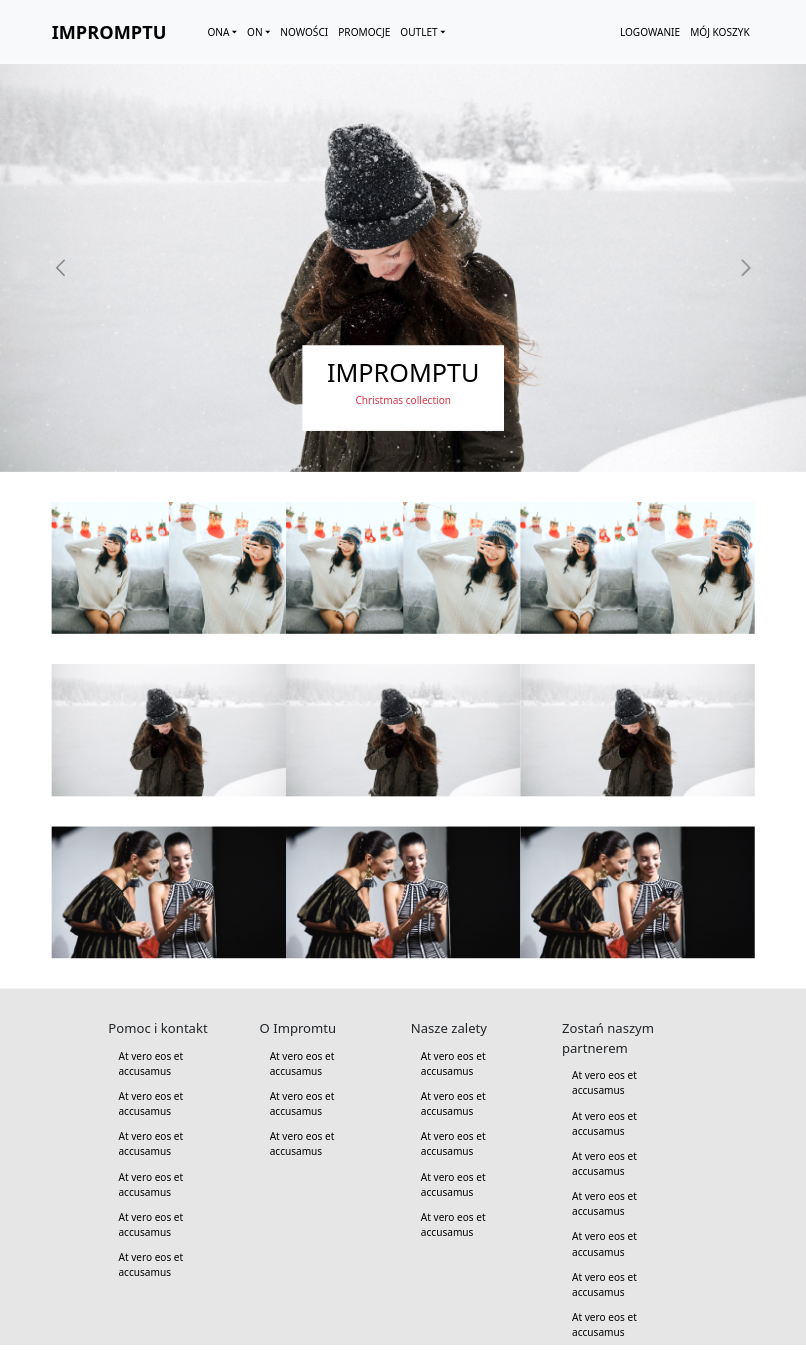
Repository: michalgornicki/Impromptu
Page: /
These files come from the project's save history. The page is drawn as it stood at one moment and after a run of saves; the edit follows.
The browser window is 1280 px wide. The pictures show the whole page, at 63% of full size.
The project was rebuilt for these pictures with package versions that can differ from the ones it lists, and the page was loaded fresh each time.

Above is the page before, as saved 2021-12-23 14:41:02.

### src/App.jsx
import React from "react";
import "./App.css";
import "bootstrap/dist/css/bootstrap.min.css";
import Container from "react-bootstrap/Container";
import Navbar from "react-bootstrap/Navbar";
import Nav from "react-bootstrap/Nav";
import NavDropdown from "react-bootstrap/NavDropdown";
import Carousel from "react-bootstrap/Carousel";
import Row from "react-bootstrap/Row";
import Col from "react-bootstrap/Col";
import photo1 from "./1.jpg";
import photo2 from "./2.jpg";
import photo3 from "./3.jpg";
import photo4 from "./4.jpg";
import photo5 from "./5.jpg";

function App() {
  return (
    <p>
      <Navbar
        collapseOnSelect
        expand="lg"
        bg="light"
        variant="light"
        className="py-4 display-8 text-dark"
      >
        <Container>
          <Navbar.Brand href="#home" className="w-20 text-bold">IMPROMPTU</Navbar.Brand>
          <Navbar.Toggle aria-controls="responsive-navbar-nav" />
          <Navbar.Collapse id="responsive-navbar-nav">
            <Nav className="me-auto">
              <NavDropdown title="ONA" id="collasible-nav-dropdown">
                <NavDropdown.Item href="#action/3.1">Item</NavDropdown.Item>
                <NavDropdown.Item href="#action/3.2">
                Item
                </NavDropdown.Item>
                <NavDropdown.Item href="#action/3.3">
                Item
                </NavDropdown.Item>
                <NavDropdown.Item href="#action/3.4">
                Item
                </NavDropdown.Item>
                <NavDropdown.Item href="#action/3.4">
                Item
                </NavDropdown.Item>
                <NavDropdown.Item href="#action/3.4">
                Item
                </NavDropdown.Item>
                <NavDropdown.Item href="#action/3.4">
                Item
                </NavDropdown.Item>
                <NavDropdown.Item href="#action/3.4">
                Item
                </NavDropdown.Item>
                <NavDropdown.Item href="#action/3.4">
                Item
                </NavDropdown.Item>
                <NavDropdown.Item href="#action/3.4">
                Item
                </NavDropdown.Item>

              </NavDropdown>
              <NavDropdown title="ON" id="collasible-nav-dropdown">
                <NavDropdown.Item href="#action/3.1">Item</NavDropdown.Item>
                <NavDropdown.Item href="#action/3.2">
                Item
                </NavDropdown.Item>
                <NavDropdown.Item href="#action/3.3">
                Item
                </NavDropdown.Item>
                <NavDropdown.Item href="#action/3.4">
                Item
                </NavDropdown.Item>
                <NavDropdown.Item href="#action/3.4">
                Item
                </NavDropdown.Item>
                <NavDropdown.Item href="#action/3.4">
                Item
                </NavDropdown.Item>
                <NavDropdown.Item href="#action/3.4">
                Item
                </NavDropdown.Item>
              </NavDropdown>
              <Nav.Link href="#pricing">NOWOŚCI</Nav.Link>
              <Nav.Link href="#pricing">PROMOCJE</Nav.Link>
              <NavDropdown title="OUTLET" id="collasible-nav-dropdown">
                <div className="flex flex-column">
                  <div className="container">
                <NavDropdown.Item href="#action/3.1">Item</NavDropdown.Item>
                <NavDropdown.Item href="#action/3.2">
                Item
                </NavDropdown.Item>
                <NavDropdown.Item href="#action/3.3">
                Item
                </NavDropdown.Item>
                <NavDropdown.Item href="#action/3.4">
                Item
                </NavDropdown.Item>
                <NavDropdown.Item href="#action/3.4">
                Item
                </NavDropdown.Item>
                <NavDropdown.Item href="#action/3.4">
                Item
                </NavDropdown.Item>
                <NavDropdown.Item href="#action/3.4">
                Item
                </NavDropdown.Item>
                <NavDropdown.Item href="#action/3.4">
                Item
                </NavDropdown.Item>
                </div>
                <div className="container">
                <NavDropdown.Item href="#action/3.1">Item</NavDropdown.Item>
                <NavDropdown.Item href="#action/3.2">
                Item
                </NavDropdown.Item>
                <NavDropdown.Item href="#action/3.3">
                Item
                </NavDropdown.Item>
                <NavDropdown.Divider />
                <NavDropdown.Item href="#action/3.4">
                Item
                </NavDropdown.Item>
                </div>
                </div>
              </NavDropdown>
            </Nav>
            <Nav>
              <Nav.Link href="#deets">LOGOWANIE</Nav.Link>
              <Nav.Link href="#memes">MÓJ KOSZYK</Nav.Link>
            </Nav>
          </Navbar.Collapse>
        </Container>
      </Navbar>

      <Carousel variant="dark" indicators={false} pause="false">
  <Carousel.Item>
    <img
      className="d-block w-100"
      src={photo1}
      alt="First slide"
    />
    <Carousel.Caption>
      <h5 className="display-6">IMPROMPTU</h5>
      <p className="text-danger">Christmas collection</p>
    </Carousel.Caption>
  </Carousel.Item>
  <Carousel.Item>
    <img
      className="d-block w-100"
      src={photo2}
      alt="Second slide"
    />
    <Carousel.Caption>
    <h5 className="display-6">IMPROMPTU</h5>
      <p className="text-danger">Christmas collection</p>
    </Carousel.Caption>
  </Carousel.Item>
  <Carousel.Item>
    <img
      className="d-block w-100"
      src={photo3}
      alt="Third slide"
    />
    <Carousel.Caption>
    <h5 className="display-6">IMPROMPTU</h5>
      <p className="text-danger">Christmas collection</p>
    </Carousel.Caption>
  </Carousel.Item>
  <Carousel.Item>
    <img
      className="d-block w-100"
      src={photo4}
      alt="Third slide"
    />
    <Carousel.Caption>
    <h5 className="display-6">IMPROMPTU</h5>
      <p className="text-danger">Christmas collection</p>
    </Carousel.Caption>
  </Carousel.Item>
  <Carousel.Item>
    <img
      className="d-block w-100"
      src={photo5}
      alt="Third slide"
    />
    <Carousel.Caption>
    <h5 className="display-6">IMPROMPTU</h5>
      <p className="text-danger">Christmas collection</p>
    </Carousel.Caption>
  </Carousel.Item>
</Carousel>

<Container className="mt-5">
<div className="mb-5">
  <img className="grid-item col-lg-4 col-md-3 col-xs-3" src={photo1} alt="" />
  <img className="grid-item col-lg-4 col-md-3 col-xs-3" src={photo1} alt="" />
  <img className="grid-item col-lg-4 col-md-3 col-xs-3" src={photo1} alt="" />
</div>
<div className="mb-5">
<img className="grid-item col-lg-4 col-md-3 col-xs-3" src={photo2} alt="" />
  <img className="grid-item col-lg-4 col-md-3 col-xs-3" src={photo2} alt="" />
  <img className="grid-item col-lg-4 col-md-3 col-xs-3" src={photo2} alt="" />
</div>
<div className="mb-5">
<img className="grid-item col-lg-4 col-md-3 col-xs-3" src={photo3} alt="" />
  <img className="grid-item col-lg-4 col-md-3 col-xs-3" src={photo3} alt="" />
  <img className="grid-item col-lg-4 col-md-3 col-xs-3" src={photo3} alt="" />
</div>
</Container>

<Nav
  activeKey="/home"
  className="mt-5 pt-5 bg-lightgray"
>
  <Row className="w-75 m-auto">
  <Col>
  <div className="display-7 mb-2">
    Pomoc i kontakt
  </div>
  <Nav.Item>
    <Nav.Link className="text-slim" eventKey="link-1">At vero eos et accusamus</Nav.Link>
  </Nav.Item>
  <Nav.Item>
    <Nav.Link className="text-slim" eventKey="link-2">At vero eos et accusamus</Nav.Link>
  </Nav.Item>
  <Nav.Item>
    <Nav.Link className="text-slim" eventKey="link-2">At vero eos et accusamus</Nav.Link>
  </Nav.Item>
  <Nav.Item>
    <Nav.Link className="text-slim" eventKey="link-2">At vero eos et accusamus</Nav.Link>
  </Nav.Item>
  <Nav.Item>
    <Nav.Link className="text-slim" eventKey="link-2">At vero eos et accusamus</Nav.Link>
  </Nav.Item>
  <Nav.Item>
    <Nav.Link className="text-slim" eventKey="link-2">At vero eos et accusamus</Nav.Link>
  </Nav.Item>
  </Col>
  <Col>
  <div className="display-7 mb-2">
    O Impromtu
  </div>
  <Nav.Item>
    <Nav.Link className="text-slim" eventKey="link-1">At vero eos et accusamus</Nav.Link>
  </Nav.Item>
  <Nav.Item>
    <Nav.Link className="text-slim" eventKey="link-2">At vero eos et accusamus</Nav.Link>
  </Nav.Item>
  <Nav.Item>
  <Nav.Item>
    <Nav.Link className="text-slim" eventKey="link-2">At vero eos et accusamus</Nav.Link>
  </Nav.Item>
  </Nav.Item>
  </Col>
  <Col>
  <div className="display-7 mb-2">
    Nasze zalety
  </div>
  <Nav.Item>
    <Nav.Link className="text-slim" eventKey="link-1">At vero eos et accusamus</Nav.Link>
  </Nav.Item>
  <Nav.Item>
    <Nav.Link className="text-slim" eventKey="link-2">At vero eos et accusamus</Nav.Link>
  </Nav.Item>
  <Nav.Item>
  <Nav.Item>
    <Nav.Link className="text-slim" eventKey="link-2">At vero eos et accusamus</Nav.Link>
  </Nav.Item>
  <Nav.Item>
    <Nav.Link className="text-slim" eventKey="link-2">At vero eos et accusamus</Nav.Link>
  </Nav.Item>
  <Nav.Item>
    <Nav.Link className="text-slim" eventKey="link-2">At vero eos et accusamus</Nav.Link>
  </Nav.Item>
  </Nav.Item>
  </Col>
  <Col>
  <div className="display-7 mb-2">
    Zostań naszym partnerem
  </div>
  <Nav.Item>
    <Nav.Link className="text-slim" eventKey="link-1">At vero eos et accusamus</Nav.Link>
  </Nav.Item>
  <Nav.Item>
    <Nav.Link className="text-slim" eventKey="link-2">At vero eos et accusamus</Nav.Link>
  </Nav.Item>
  <Nav.Item>
  <Nav.Item>
    <Nav.Link className="text-slim" eventKey="link-2">At vero eos et accusamus</Nav.Link>
  </Nav.Item>
  <Nav.Item>
    <Nav.Link className="text-slim" eventKey="link-2">At vero eos et accusamus</Nav.Link>
  </Nav.Item>
  <Nav.Item>
    <Nav.Link className="text-slim" eventKey="link-2">At vero eos et accusamus</Nav.Link>
  </Nav.Item>
  <Nav.Item>
    <Nav.Link className="text-slim" eventKey="link-2">At vero eos et accusamus</Nav.Link>
  </Nav.Item>
  <Nav.Item>
    <Nav.Link className="text-slim" eventKey="link-2">At vero eos et accusamus</Nav.Link>
  </Nav.Item>
  </Nav.Item>
  </Col>
  </Row>
</Nav>


    </p>
  );
}

export default App;

### src/App.css
.w-20{
    width: 20%!important;
}

.w-33{
    width: 33.333%!important;
}

.text-bold{
    font-weight: 900!important;
}

.text-slim{
    font-weight: 100!important;
}

.navbar-brand{
    font-size: 1.8rem!important;
}

.display-7{
    font-size: 1.3rem;
}

.display-8{
    font-size: 1rem;
}

.nav-link {
    color: black!important;
}

.carousel img {
    height: 90vh;
    object-fit: cover;
}

.carousel-caption{
    background-color: rgba(255, 255, 255, 1);
    bottom: 10%!important;
    width: 25%;
    margin: auto;
}

.bg-lightgray{
    background-color: rgb(230, 230, 230);
}

.grid-item{
    width: 33.333%;
   }

.grid-item:hover{
 transform: scale(1.1);
}

Loaded but not shown: public/index.html (common file); src/index.js (common file); src/index.css (common file); src/reportWebVitals.js (common file)

After the next 3 saves:
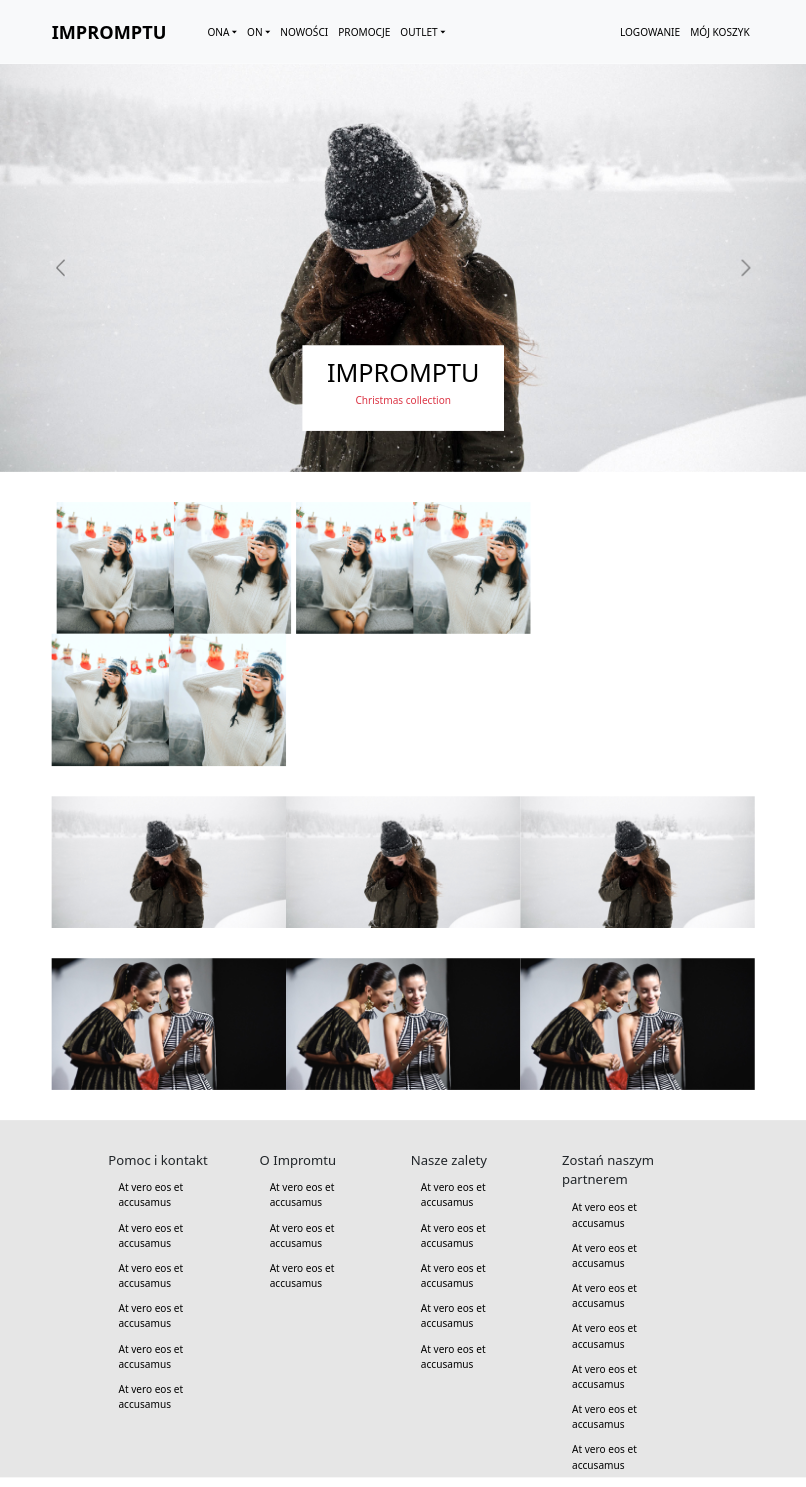
The 3 saves are shown as one change because they came seconds apart.
The last was saved 118 s later.
--- a/src/App.jsx
+++ b/src/App.jsx
@@ -193,7 +193,7 @@
 
 <Container className="mt-5">
 <div className="mb-5">
-  <img className="grid-item col-lg-4 col-md-3 col-xs-3" src={photo1} alt="" />
+  <img className="grid-item col-lg-4 col-md-3 col-xs-3 mx-2" src={photo1} alt="" />
   <img className="grid-item col-lg-4 col-md-3 col-xs-3" src={photo1} alt="" />
   <img className="grid-item col-lg-4 col-md-3 col-xs-3" src={photo1} alt="" />
 </div>
